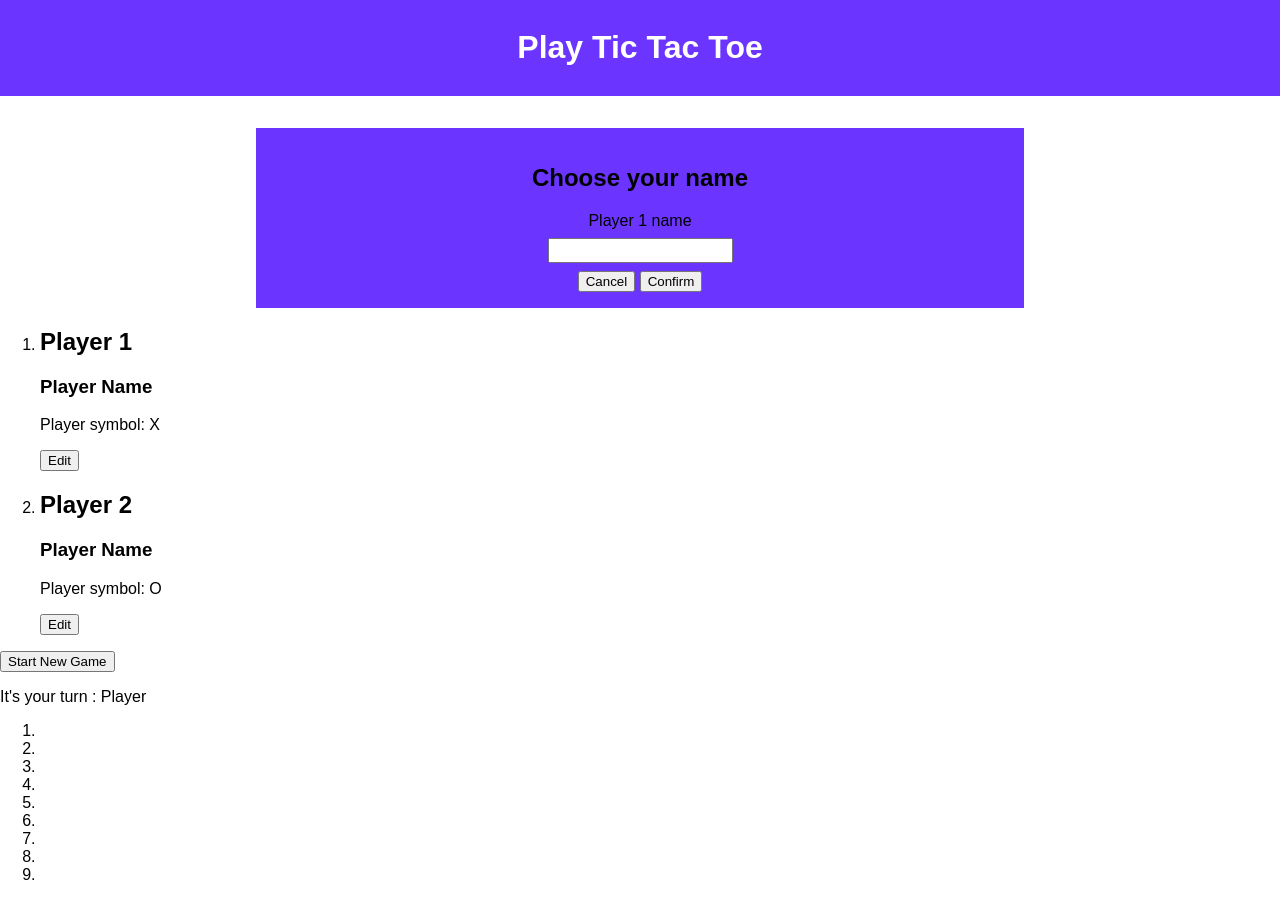
Repository: Harjot00/Wevdev
Page: Tic tac toe/index.html
An editor plug-in stored every save of this project. The page is shown before and after the next save, followed by the edit.
The browser window is 1280 px wide. The pictures show the whole page.
Some web fonts or font styles are not loaded; a fallback is used.

Above is the page before, as saved 2022-05-20 23:42:17.

After the next save:
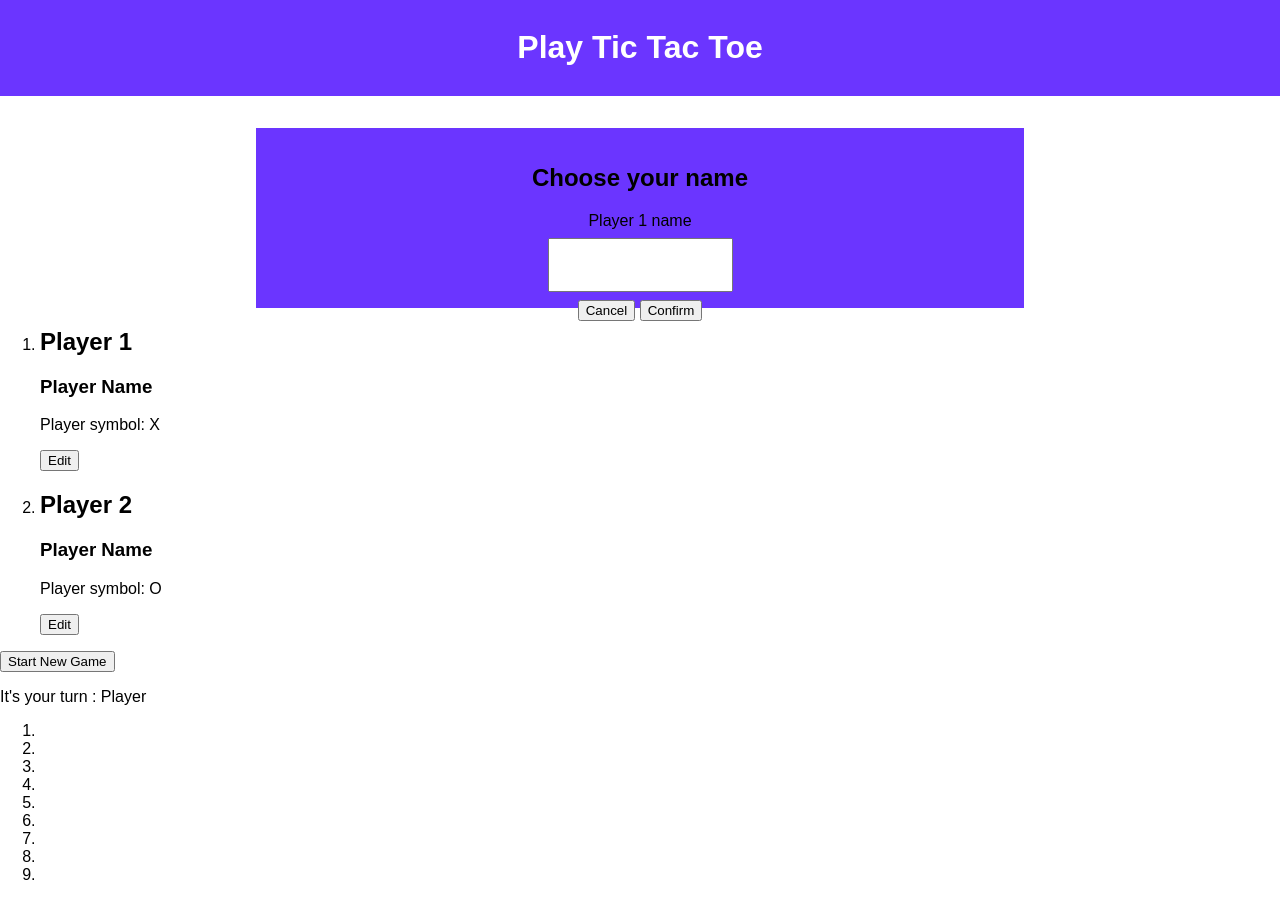
Saved 11 s later.
--- a/Tic tac toe/styles.css
+++ b/Tic tac toe/styles.css
@@ -23,5 +23,5 @@ aside {
 aside input {
     display:block;
     margin:0.5rem auto;
-    height:1.2rem;
+    height:3rem;
 }
